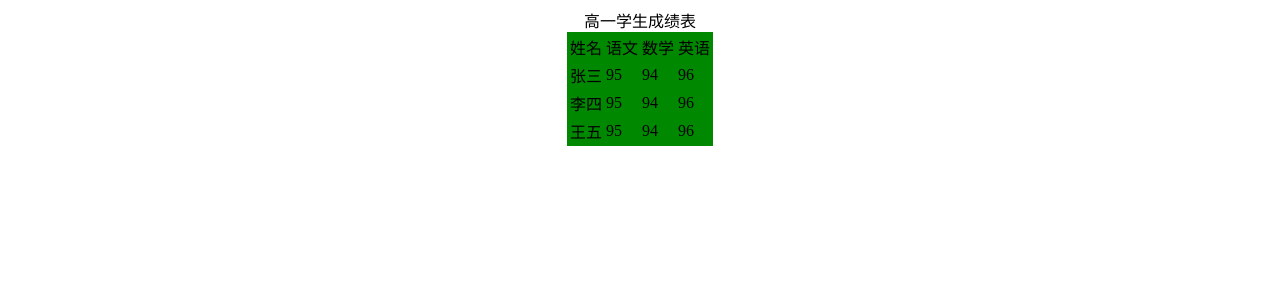
Repository: sheep9590/Test
Page: eclipse-workspace/Prj03/WebRoot/File1.html
These files come from the project's save history. The page is drawn as it stood at one moment and after the next save; the edit follows.
The browser window is 1280 px wide. The pictures show the whole page.

Above is the page before, as saved 2021-09-08 13:51:48.

After the next save:
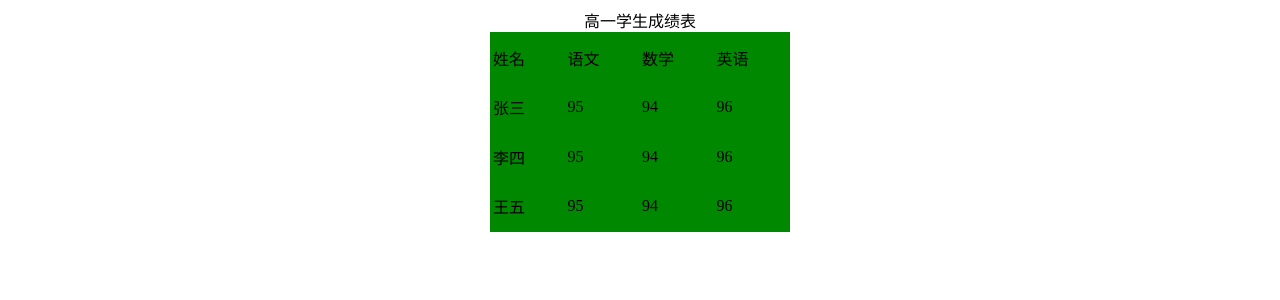
Saved 2 min 3 s later.
--- a/eclipse-workspace/Prj03/WebRoot/File1.html
+++ b/eclipse-workspace/Prj03/WebRoot/File1.html
@@ -1,7 +1,7 @@
 <!DOCTYPE html>
 <html>
 <body>
-<table  align="center"bgcolor="#008800" >
+<table  align="center"bgcolor="#008800" width="300" height="200">
       <caption>高一学生成绩表</caption>
     <tr>
     <td>姓名</td>
